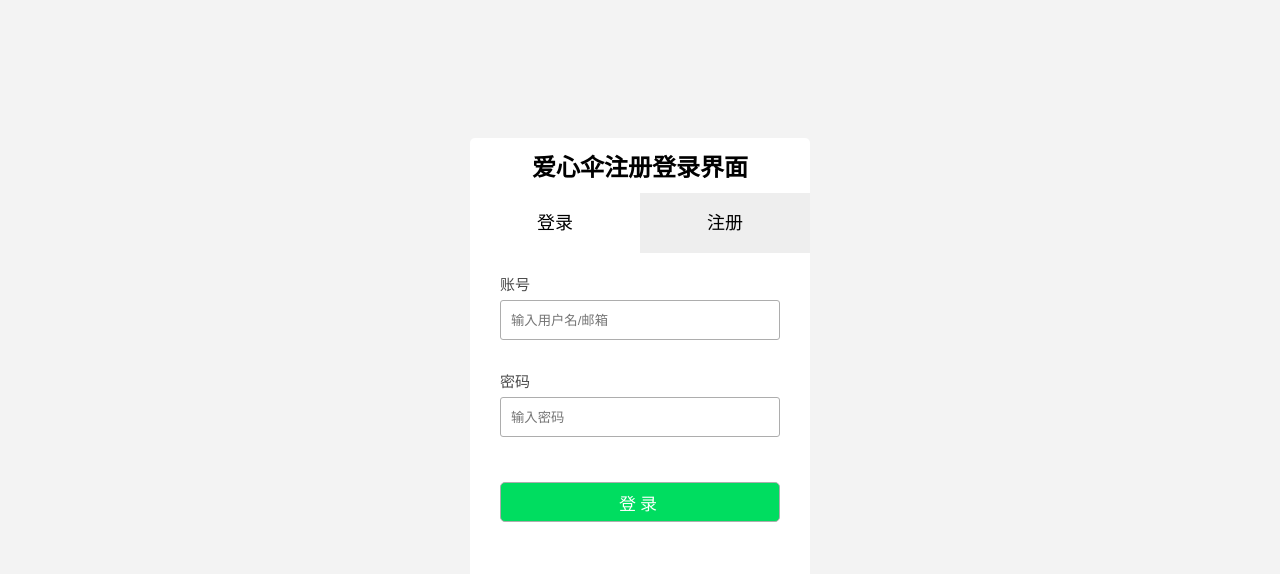
Repository: qxchuckle/LoveUmbrella
Page: index.html
An editor plug-in stored every save of this project. The page is shown before and after the next save, followed by the edit.
The browser window is 1280 px wide. The pictures show the whole page.

Above is the page before, as saved 2022-10-02 19:46:00.

After the next save:
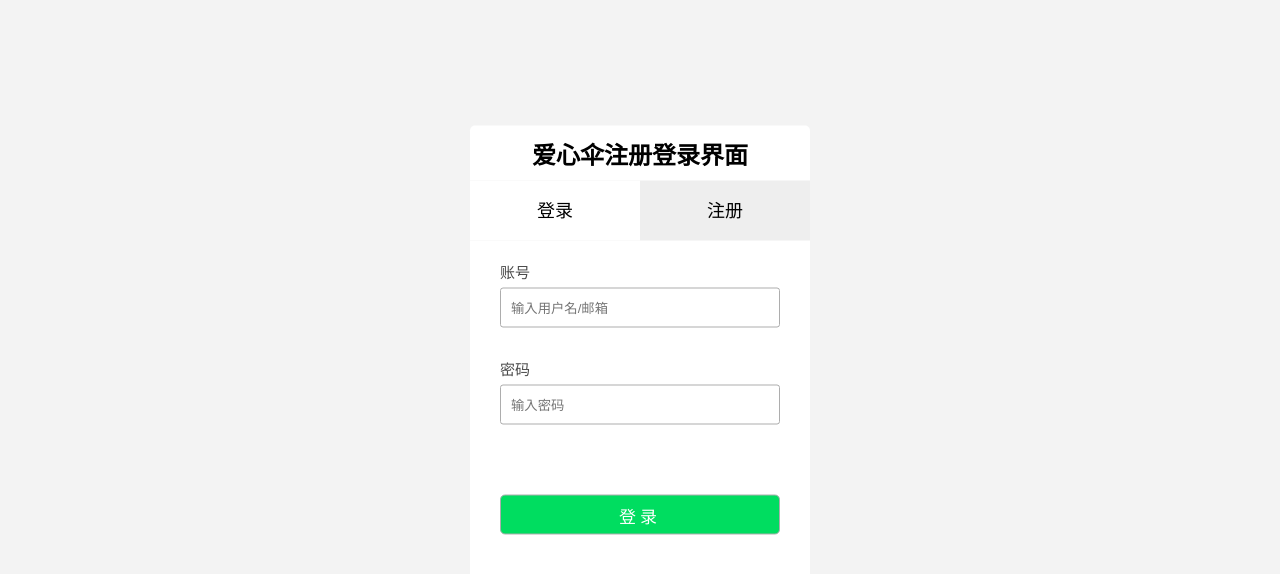
Saved 5 s later.
--- a/index.html
+++ b/index.html
@@ -19,7 +19,7 @@
 					<p>密码</p>
 					<input class="input2"  type="text" placeholder="输入密码" />
 					<br/>
-					<p id="error_box"></p>
+					<p id="loding_box"></p>
 					<button class="btn1">登录</button>
 				</div>
 				<div>
